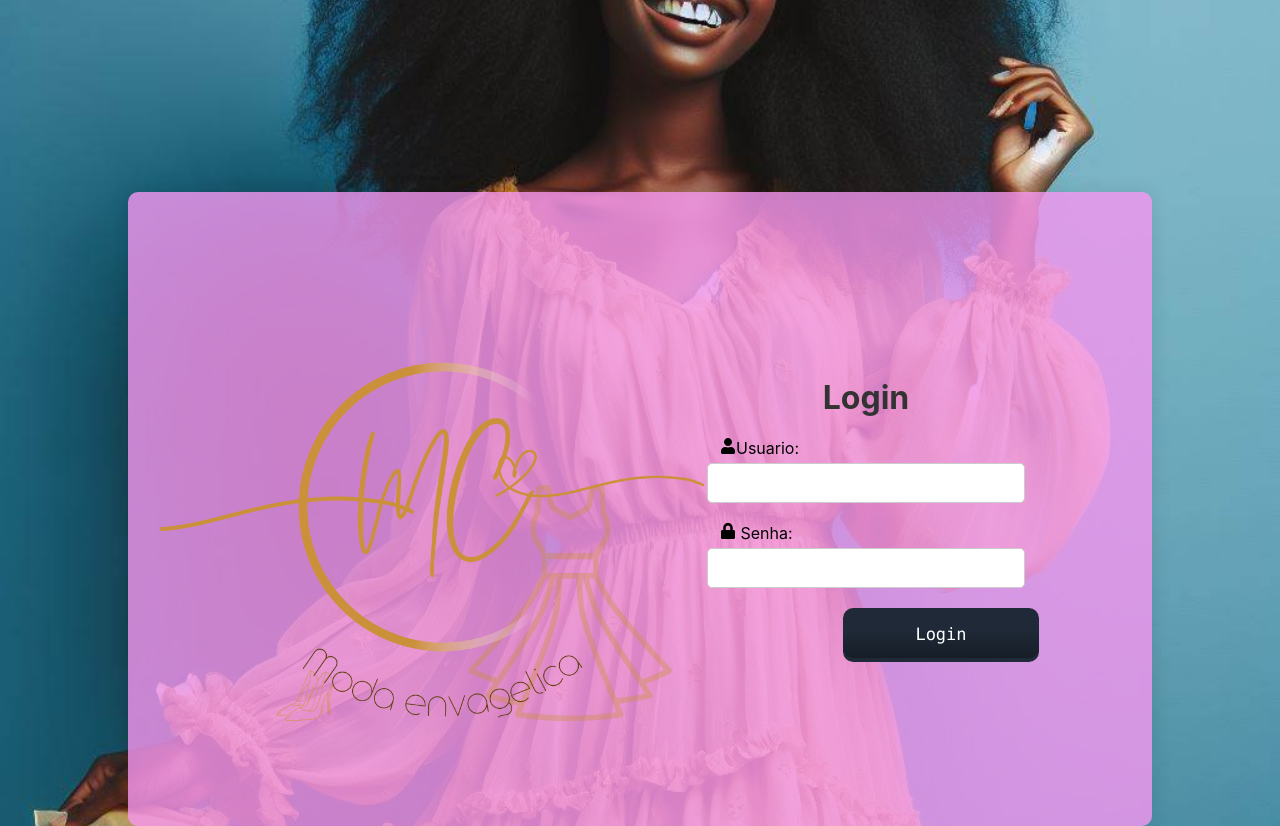
Repository: Mixchelle/ecommerce-moda-evangelica
Page: /login-admin
An editor plug-in stored every save of this project. The page is shown before and after a run of saves, followed by the edit.
The browser window is 1280 px wide. The pictures show the whole page.
The project was rebuilt for these pictures with package versions that can differ from the ones it lists, and the page was loaded fresh each time. Also part of the build but not shown: src/components/Header.js, src/components/CategoriesFilter.js, src/pages/Home.js, src/pages/Login.js, src/pages/Admin.js, src/pages/Cart.js.

Above is the page before, as saved 2024-04-29 22:15:23.

### src/App.js
import React from 'react';
import { BrowserRouter as Router, Routes, Route } from 'react-router-dom';
import './App.css';
import Home from './pages/Home';
import Login from './pages/Login';
import LoginAdmin from './pages/LoginAdmin';
import Admin from './pages/Admin';
import Cart from './pages/Cart';

function App() {
  return (
    <Router>
      <div className="App">
        <Routes>
          <Route exact path="/" element={<Home />} />
          <Route path="/login" element={<Login />} />
          <Route path="/login-admin" element={<LoginAdmin />} />
          <Route path="/admin" element={<Admin />} />
          <Route path="/cart" element={<Cart />} />
        </Routes>
      </div>
    </Router>
  );
}

export default App;

### src/pages/LoginAdmin.jsx
import React, { useState } from 'react';
import { FaUser, FaLock } from 'react-icons/fa';
import '../style/Login.css';
import logo from '../assets/logo-sem-fundo.png';

const LoginAdmin = () => {

    const [username, setUsername] = useState('');
    const [password, setPassword] = useState('');
    // Usando o hook useWebSocket para receber dados do WebSocket

    const handleSubmit = async (e) => {
      e.preventDefault();
      try {

      } catch (error) {

      }
    };


    return (
      <div className="login-container">
        <div className="image-container">
          <img src={logo} alt="Logo da Empresa" />
        </div>
        <div className="form-container">
          <h1>Login</h1>
          <form onSubmit={handleSubmit}>
            <div className="form-group">
              <label htmlFor="username">
                <FaUser />
                Usuario:
              </label>
              <input
                type="text"
                id="username"
                name="username"
                value={username}
                onChange={(e) => setUsername(e.target.value)}
              />
            </div>
            <div className="form-group">
              <label htmlFor="password">
                <FaLock /> Senha:
              </label>
              <input
                type="password"
                id="password"
                name="password"
                value={password}
                onChange={(e) => setPassword(e.target.value)}
              />
            </div>
            <button type="submit">
              <span className="transition"></span>
              <span className="gradient"></span>
              <span className="label">Login</span>
            </button>
          </form>
        </div>
      </div>
    );
  };

  export default LoginAdmin;

### src/style/Login.css
body {
  background-image: url('../assets/OIG2.3KeraQGUKquJ4o.jpeg');
  background-size: cover;
  background-repeat: no-repeat;
  background-position: center;
  height: 78vh;
  margin: 0;
  padding: 0;
}

.login-container {
  margin-top: 15%;
  margin-bottom: auto;
  margin-left: auto;
  margin-right: auto;
  display: flex;
  width: 80%;
  justify-content: center;
  align-items: center;
  background-color: rgba(245, 150, 240, 0.8);
  border-radius: 10px;
  box-shadow: 0 0 20px rgba(0, 0, 0, 0.1);
}

.image-container {
  flex: 1;
}

.image-container img {
  max-width: 120%;
  flex: 1;
  padding: 20px;
}

.form-container {
  flex: 1;

  margin-right: 40px;
}

.form-container h1 {
  color: #333;
  text-align: center;
}

.form-group {
  margin-bottom: 20px;
  text-align: center;
}

.form-group label {
  display: block;
  margin-bottom: 5px;
  text-align: left;
  margin-left: 100px;
}

.form-group input {
  width: 60%;
  padding: 10px;
  font-size: 16px;
  border: 1px solid #ccc;
  border-radius: 5px;
  outline: none;
}

button {
  width: 40%;
  padding: 10px;
  font-size: 18px;
  color: #fff;
  background-color: #007bff; /* Azul moderno */
  border: none;
  border-radius: 5px;
  cursor: pointer;
  outline: none;
  transition: background-color 0.3s ease;
  margin-left: 150px;
}

button:hover {
  background-color: #0056b3; /* Azul mais escuro ao passar o mouse */
}

button {
  font-family: ui-monospace, SFMono-Regular, Menlo, Monaco, Consolas,
    'Liberation Mono', 'Courier New', monospace;
  font-size: 17px;
  padding: 1em 2.7em;
  font-weight: 500;
  background: #1f2937;
  color: white;
  border: none;
  position: relative;
  overflow: hidden;
  border-radius: 0.6em;
  cursor: pointer;
  text-align: center;
}

.gradient {
  position: absolute;
  width: 100%;
  height: 100%;
  left: 0;
  top: 0;
  border-radius: 0.6em;
  margin-top: -0.25em;
  background-image: linear-gradient(
    rgba(0, 0, 0, 0),
    rgba(0, 0, 0, 0),
    rgba(0, 0, 0, 0.3)
  );
}

.label {
  position: relative;
  top: -1px;
}

.transition {
  transition-timing-function: cubic-bezier(0, 0, 0.2, 1);
  transition-duration: 500ms;
  background-color: rgba(16, 185, 129, 0.6);
  border-radius: 9999px;
  width: 0;
  height: 0;
  position: absolute;
  left: 50%;
  top: 50%;
  transform: translate(-50%, -50%);
}

button:hover .transition {
  width: 14em;
  height: 14em;
}

button:active {
  transform: scale(0.97);
}

Loaded but not shown: public/index.html (common file); src/index.js (common file); src/index.css (common file); src/reportWebVitals.js (common file); src/App.css (common file)

After the next 2 saves:
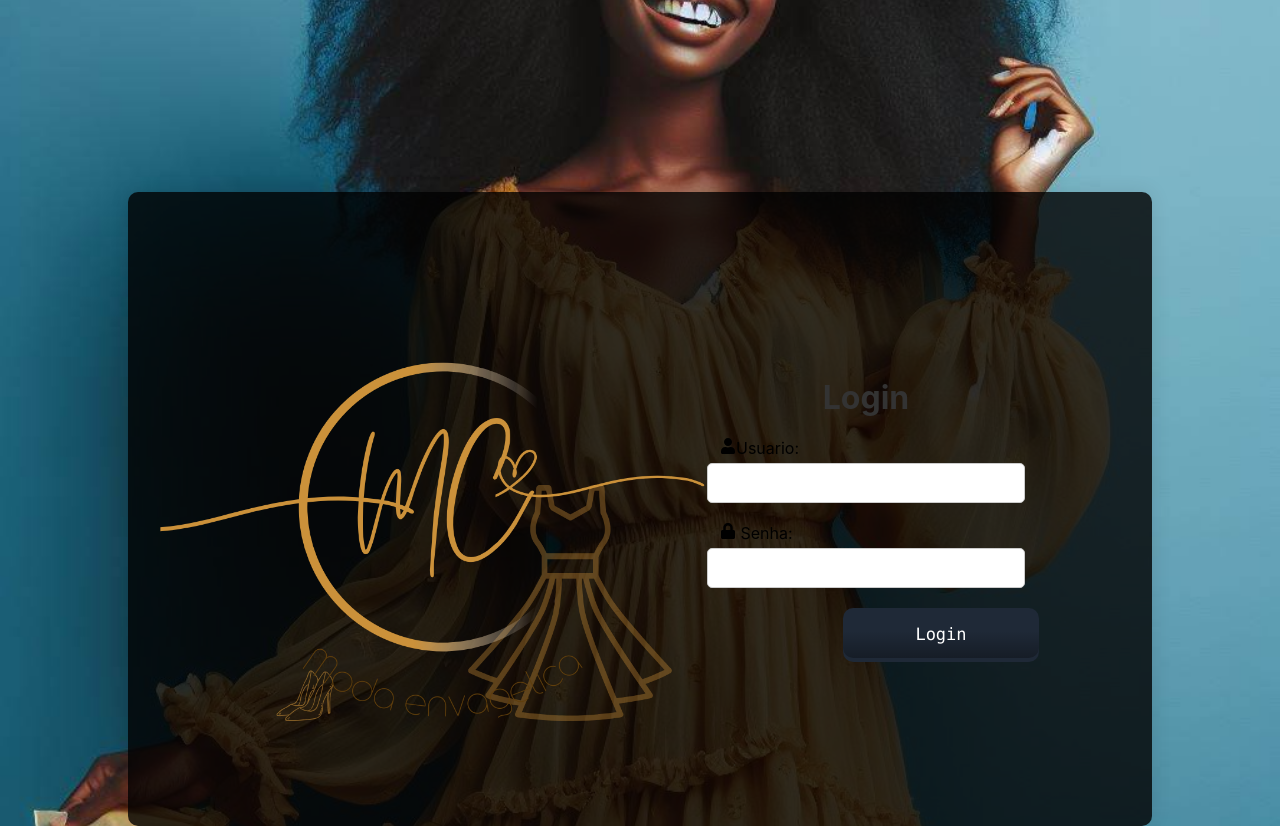
The 2 saves are shown as one change because they came seconds apart.
The last was saved 5 s later.
--- a/src/style/Login.css
+++ b/src/style/Login.css
@@ -17,7 +17,7 @@
   width: 80%;
   justify-content: center;
   align-items: center;
-  background-color: rgba(245, 150, 240, 0.8);
+  background-color: rgba(0, 0, 0, 0.8);
   border-radius: 10px;
   box-shadow: 0 0 20px rgba(0, 0, 0, 0.1);
 }
